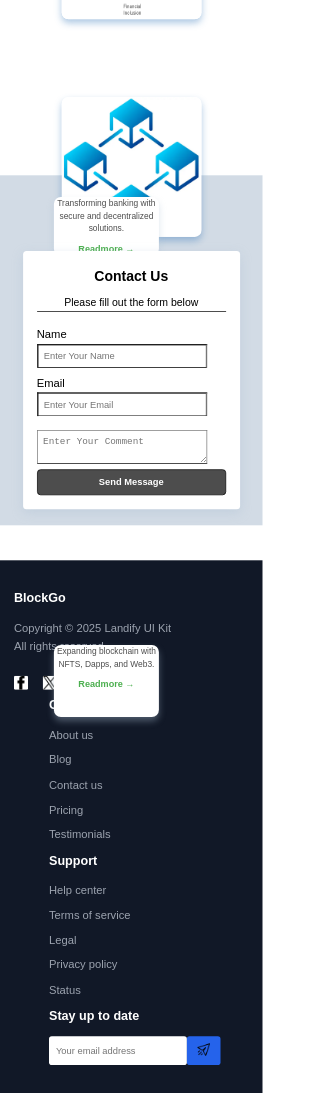
Repository: Tafsirul555/Assignment
Page: Assignment/index.html
These files come from the project's save history. The page is drawn as it stood at one moment and after a run of saves; the edit follows.
The browser window is 375 px wide. The page is 480 px wide, so the pictures cover 480 px, including what lies to the right of the window. The pictures show the part of the page from y = 3149 to 5389 px (the page is 4710 px tall before and 6110 px after), at 70% of full size.

Above is the page before, as saved 2025-06-12 23:29:04.

After the next 3 saves:
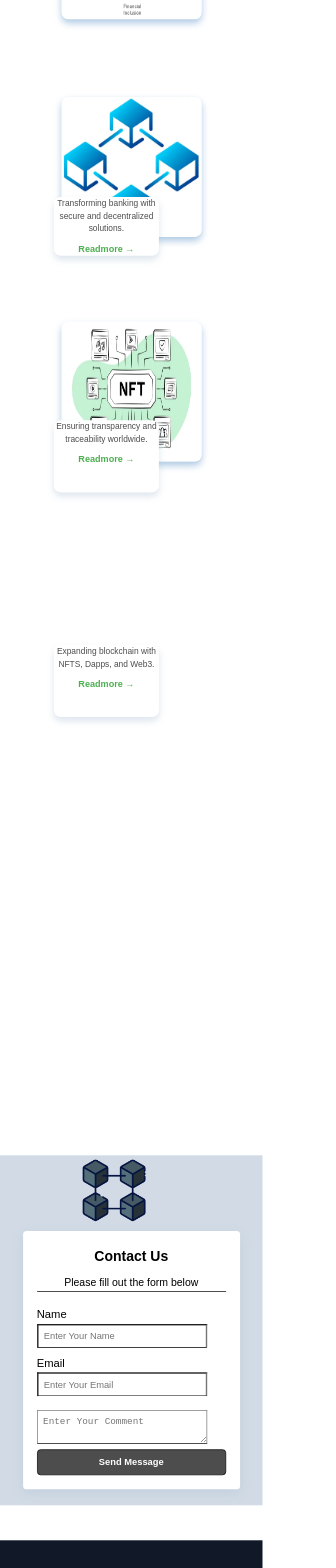
The 3 saves are shown as one change because they came seconds apart.
The last was saved 13 s later.
--- a/Assignment/Assignment1.css
+++ b/Assignment/Assignment1.css
@@ -489,7 +489,7 @@ article img{
         flex-direction: column;
         align-items: center;
         justify-content: flex-start;
-        height: 600px;
+        height: 2000px;
     }
 
     .BlockchainFuture-box1,
